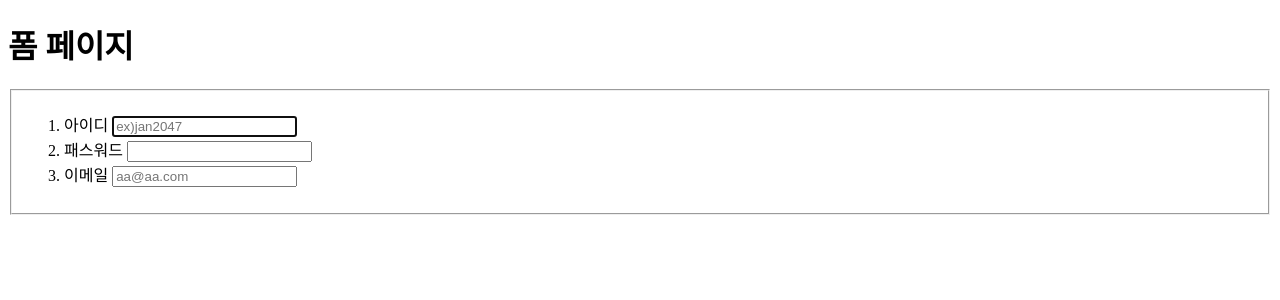
Repository: jinaa11/Kcc_Web
Page: Html/WebContent/form.html
These files come from the project's save history. The page is drawn as it stood at one moment and after the next save; the edit follows.
The browser window is 1280 px wide. The pictures show the whole page.

Above is the page before, as saved 2024-07-08 06:07:56.

### Html/WebContent/form.html
<!DOCTYPE html>
<html>
<head>
<meta charset="UTF-8">
<title>Form 예제</title>
</head>
<body>
	<h1>폼 페이지</h1>
	<form action="서버 URL" method="get/post">
		<!-- 테두리 -->
		<fieldset>
			<ol>
				<li>
					<label for="id">아이디</label>
					<input type="text" name="userId" id="id" autofocus="autofocus"
					placeholder="ex)jan2047">
				</li>
				<li>
					<label>패스워드</label>
					<input type="password" name="userPass">
				</li>
				<li>
					<label>이메일</label>
					<input type="email" placeholder="aa@aa.com" required="required">
				</li>
			</ol>
		</fieldset>
	</form>
</body>
</html>

After the next save:
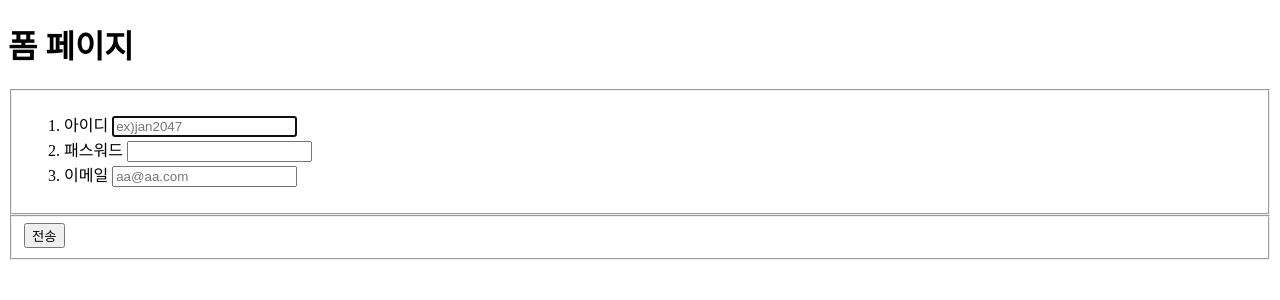
Saved 27 s later.
--- a/Html/WebContent/form.html
+++ b/Html/WebContent/form.html
@@ -25,6 +25,9 @@
 				</li>
 			</ol>
 		</fieldset>
+		<fieldset>
+			<input type="submit" value="전송">
+		</fieldset>
 	</form>
 </body>
 </html>
